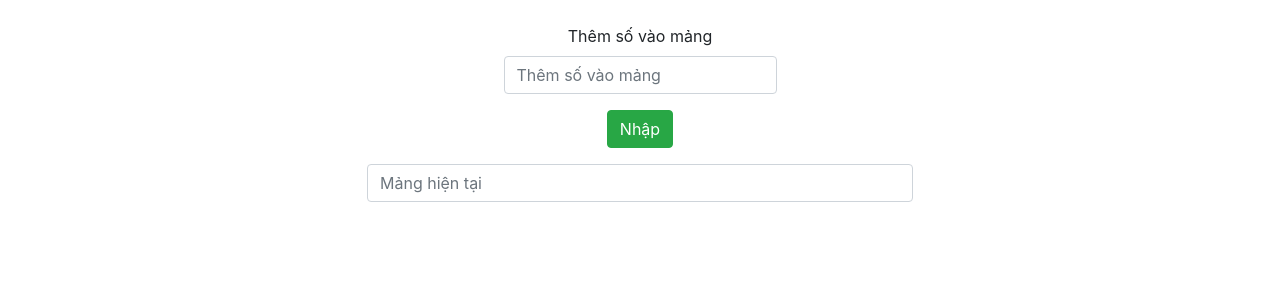
Repository: baobaodeveloper/bootcamp21__array__HuynhAnhBao
Page: index.html
An editor plug-in stored every save of this project. The page is shown before and after the next save, followed by the edit.
The browser window is 1280 px wide. The pictures show the whole page.

Above is the page before, as saved 2022-03-20 16:46:13.

### index.html
<!DOCTYPE html>
<html lang="en">
  <head>
    <title>JavaScript Array</title>
    <!-- Required meta tags -->
    <meta charset="utf-8" />
    <meta
      name="viewport"
      content="width=device-width, initial-scale=1, shrink-to-fit=no"
    />

    <!-- Bootstrap CSS -->
    <link
      rel="stylesheet"
      href="https://stackpath.bootstrapcdn.com/bootstrap/4.3.1/css/bootstrap.min.css"
      integrity="sha384-ggOyR0iXCbMQv3Xipma34MD+dH/1fQ784/j6cY/iJTQUOhcWr7x9JvoRxT2MZw1T"
      crossorigin="anonymous"
    />
  </head>
  <body>
    <div class="container d-flex justify-content-center align-items-center p-4">
      <div
        class="mb-3 text-center w-50 d-flex flex-column justify-content-center align-items-center"
      >
        <label for="formGroupExampleInput" class="form-label"
          >Thêm số vào mảng</label
        >
        <input
          type="number"
          class="form-control w-50"
          id="number"
          placeholder="Thêm số vào mảng"
          value=""
        />
        <button type="button" class="btn btn-success m-3" id="input">
          Nhập
        </button>
        <input
          type="text"
          class="form-control d-block w-100"
          id="array-current"
          placeholder="Mảng hiện tại"
        />
      </div>
    </div>
    <!-- Optional JavaScript -->
    <!-- jQuery first, then Popper.js, then Bootstrap JS -->
    <script
      src="https://code.jquery.com/jquery-3.3.1.slim.min.js"
      integrity="sha384-q8i/X+965DzO0rT7abK41JStQIAqVgRVzpbzo5smXKp4YfRvH+8abtTE1Pi6jizo"
      crossorigin="anonymous"
    ></script>
    <script
      src="https://cdnjs.cloudflare.com/ajax/libs/popper.js/1.14.7/umd/popper.min.js"
      integrity="sha384-UO2eT0CpHqdSJQ6hJty5KVphtPhzWj9WO1clHTMGa3JDZwrnQq4sF86dIHNDz0W1"
      crossorigin="anonymous"
    ></script>
    <script
      src="https://stackpath.bootstrapcdn.com/bootstrap/4.3.1/js/bootstrap.min.js"
      integrity="sha384-JjSmVgyd0p3pXB1rRibZUAYoIIy6OrQ6VrjIEaFf/nJGzIxFDsf4x0xIM+B07jRM"
      crossorigin="anonymous"
    ></script>
    <script src="app.js"></script>
  </body>
</html>

### app.js
const number = document.getElementById("number");
let arr = [];
document.getElementById("input").addEventListener("click", () => {
  const numberValue = +number.value;
  console.log(numberValue);
  if (!numberValue) return;
});

After the next save:
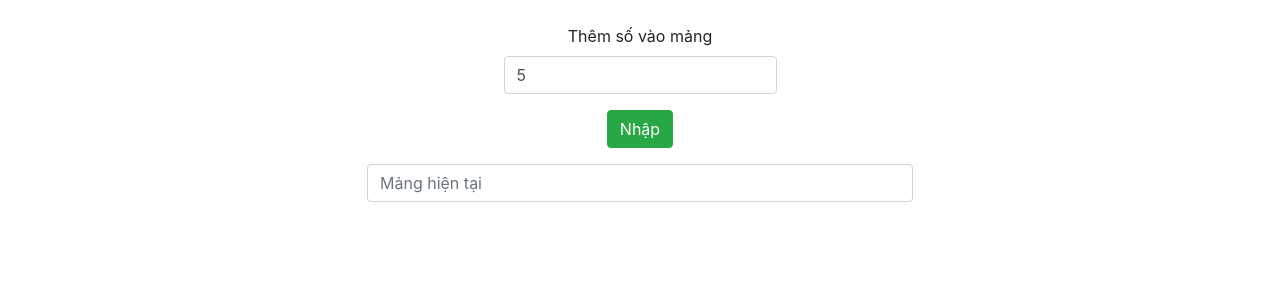
Saved 83 s later.
--- a/index.html
+++ b/index.html
@@ -30,7 +30,7 @@
           class="form-control w-50"
           id="number"
           placeholder="Thêm số vào mảng"
-          value=""
+          value="5"
         />
         <button type="button" class="btn btn-success m-3" id="input">
           Nhập
